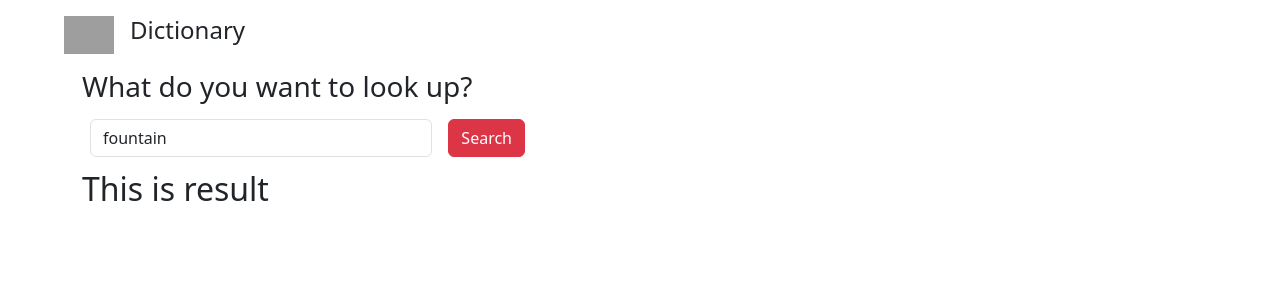
Repository: moehaymanmyint/react-dictionary-app
Page: /
The author's editor kept a copy of each file at every save. The page is drawn from the files as they stood at one save, then again after a run of saves.
The browser window is 1280 px wide. The pictures show the whole page.
Pictures or frames that could not be fetched are drawn as grey boxes. The page's requests for data from a server got no answer. The project was rebuilt for these pictures with package versions that can differ from the ones it lists, and the page was loaded fresh each time. No one was signed in, and anything a server would have sent is missing.

Above is the page before, as saved 2024-08-28 10:49:11.

After the next 2 saves:
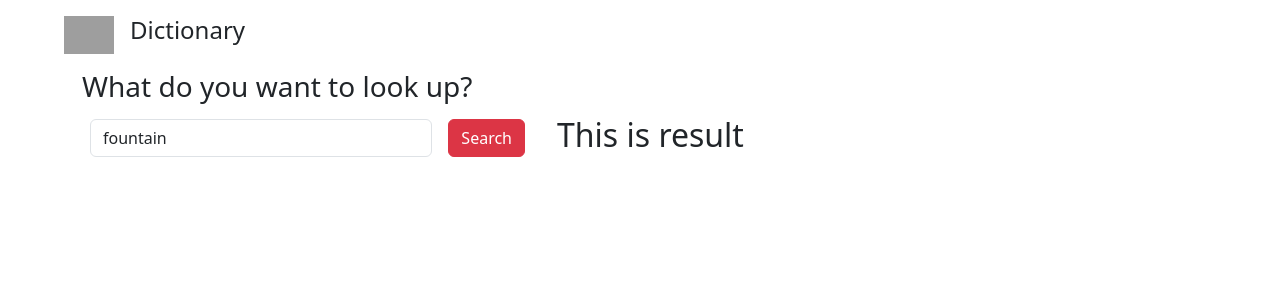
The 2 saves are shown as one change because they came seconds apart.
The last was saved 18 s later.
--- a/src/Search.js
+++ b/src/Search.js
@@ -33,7 +33,7 @@ export default function Search(props){
                         <input type="submit" value="Search" className="btn btn-danger m-2"/>
                     </form>
                 </div>
-                <div className="col-8">
+                <div className="col-7">
                     <div className="meaning">
                         <Result results={result} />
                     </div>
